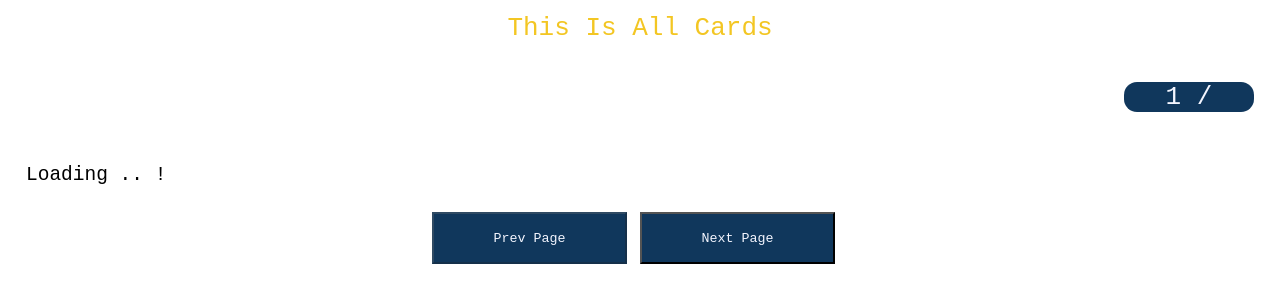
Repository: rehamtaher10/reactQueryTask
Page: /
These files come from the project's save history. The page is drawn as it stood at one moment and after the next save; the edit follows.
The browser window is 1280 px wide. The pictures show the whole page.
The page's requests for data from a server got no answer. The project was rebuilt for these pictures with package versions that can differ from the ones it lists, and the page was loaded fresh each time. No one was signed in, and anything a server would have sent is missing. Also part of the build but not shown: vite.config.js.

Above is the page before, as saved 2024-12-07 20:29:10.

### src/main.jsx
import { StrictMode } from "react";
import { createRoot } from "react-dom/client";
import "./style/app.css";
import App from "./App.jsx";
import {
  QueryClient,
  QueryClientProvider,
  useQuery,
} from "@tanstack/react-query";

const queryClient = new QueryClient();

createRoot(document.getElementById("root")).render(
  <StrictMode>
    <QueryClientProvider client={queryClient}>
      <App />
    </QueryClientProvider>
  </StrictMode>
);

### src/style/app.css
*{
    padding: 0;
    margin: 0;
    box-sizing: border-box;
    font-family: monospace;
    font-weight: 400;
}
.productContainer{
    padding: 2em;
    display: flex;
    flex-wrap: wrap;
    gap: 2em;
}
.post{
    width: calc((100% - 4em) / 3);
    background: #f2f2f2;
    border: 1px solid rgba(0, 0, 0, .2);
}
.post img{
    width: 100%;
    height: 350px;
    object-fit: cover;
    display: block;
    margin-left: auto;
    margin-right: auto;
}
.post h2{
    padding-inline: 1em;
    padding-block: 1.5em;
    font-size: 1.3rem;
    color:#10375C;
}
.post p{
    width: fit-content;
    padding-inline: 1em;
    margin-block: .5rem;
    background-color: #EB8317;
    color: #F4F6FF;
    font-size: 1.3rem;
    font-weight: bold;
}
h1{
    color: #F3C623;
    text-align: center;
    padding-block: 1rem;
    font-family: monospace;
    font-size: 2rem;
}
.pagination{
    padding: 2em;
    direction: rtl;
}
.pagination p{
    background-color:#10375C ;
    color: #F4F6FF;
    font-size: 2rem;
    width: 10rem;
    text-align: center;
    border-radius: 1rem;
    direction: ltr;
}
.buttons{
    display: flex;
    align-items: center;
    justify-content: center;
    margin-bottom: 4rem;

}
.buttons button{
    background-color:#10375C ;
    color: #F4F6FF;
    direction: ltr;
    margin-right: 1rem;
    width: 15rem;
    height: 4rem;
    font-size: ;
}

### src/App.jsx
import { useQuery } from "@tanstack/react-query";
import React, { useState } from "react";
function App() {
  const [page, setPage] = useState(0);
  const limit = 9;

  const productsFetch = async (page = 0) => {
    const res = await fetch(
      `https://dummyjson.com/products?limit=${limit}&skip=${page * limit}`
    );
    const productRes = await res.json();
    return productRes;
  };

  const { data, isLoading } = useQuery({
    queryKey: ["products", page],
    queryFn: () => productsFetch(page),
  });

  return (
    <>
      <h1>This Is All Cards</h1>

      <div className="pagination">
        <p>{page + 1} / {data?.total && Math.ceil(data?.total / limit)}</p>
      </div>
      <div className="productContainer">
        {isLoading ? (
          <h2>Loading .. !</h2>
        ) : (
          data?.products.map((ele) => (
            <div class="post" key={ele.id}>
              <div>
                <img src={ele.images?.[0]} />
              </div>
              <h2>${ele.title} </h2>
              <p>${ele.price} $</p>
            </div>
          ))
        )}
      </div>
      <div className="buttons">
        <button disabled={page == 0} >Prev Page</button>
        <button disabled={data?.products?.length < limit}>Next Page</button>

      </div>
    </>
  );
}

export default App;

Loaded but not shown: index.html (common file)

After the next save:
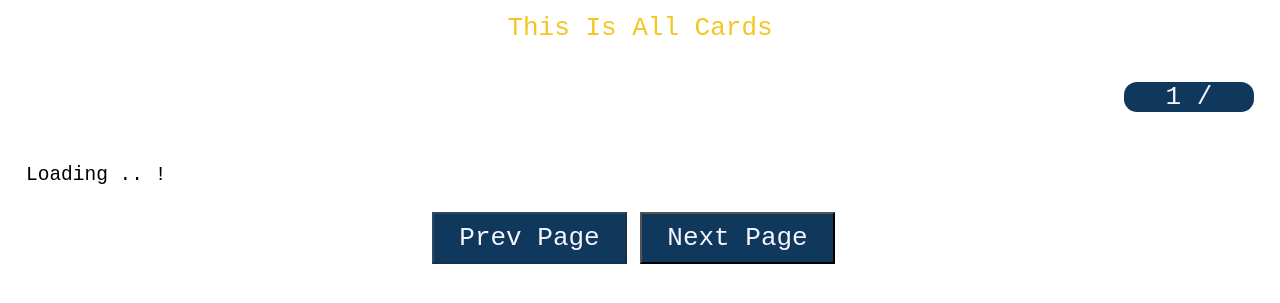
Saved 4 s later.
--- a/src/style/app.css
+++ b/src/style/app.css
@@ -73,5 +73,5 @@ h1{
     margin-right: 1rem;
     width: 15rem;
     height: 4rem;
-    font-size: ;
+    font-size: 2rem;
 }
